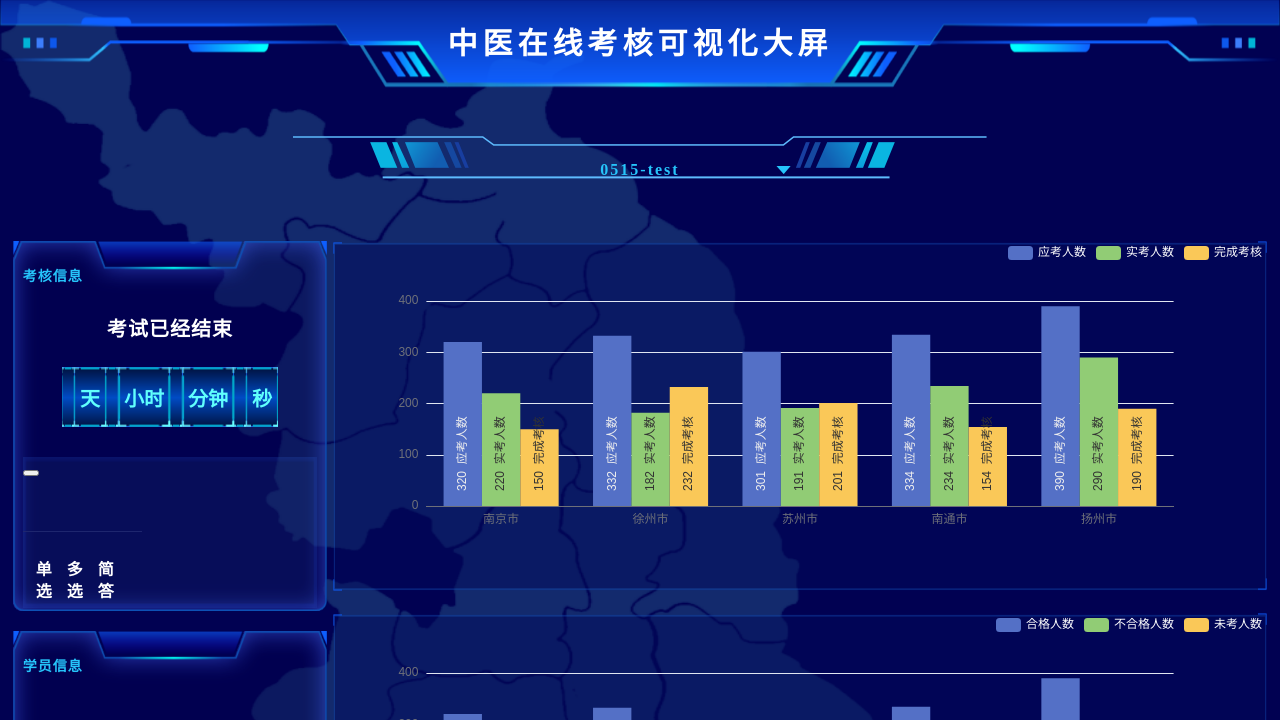
Repository: krislorem/medicine-online-datascreen-vue
Page: /
These files come from the project's save history. The page is drawn as it stood at one moment and after the next save; the edit follows.
The browser window is 1280 px wide. The pictures show the whole page.
The project was rebuilt for these pictures with package versions that can differ from the ones it lists, and the page was loaded fresh each time. Also part of the build but not shown: vite.config.ts.

Above is the page before, as saved 2024-12-04 20:45:01.

### src/main.ts
import './assets/main.css'

import { createApp } from 'vue'
import { createPinia } from 'pinia'
import ElementPlus from 'element-plus'
import 'element-plus/dist/index.css'
import App from './App.vue'
import router from './router'

const app = createApp(App)

app.use(createPinia())
app.use(router)
app.use(ElementPlus)
app.mount('#app')

### src/assets/main.css
body, html {
  width: 100%;
  height: 100%;
  overflow: hidden;
  margin: 0;
  padding: 0;
  width: 100vw;
  height: 100vh
}

#app {
  width: 100%;
  height: 100%
}

### src/App.vue
<template>
  <div>
    <RouterView></RouterView>
  </div>
</template>

<script setup lang="ts">

</script>

<style scoped>
</style>

### src/views/HomeView.vue
<template>
  <div class="home">
    <nav>
      <h1>中医在线考核可视化大屏</h1>
    </nav>
    <div id="mid-bar">
      <select id="info">
        <option>0515-test</option>
      </select>
    </div>
    <div id="all-info">
      <div id="left">
        <div class="item item-1">
          <p class="top-name"><span>考核信息</span></p>
          <p class="time-title"><span>考试已经结束</span></p>
          <div class="time-container">
            <div class="time-box" style=";"><span class="time-num">{{ }}</span></div>
            <div class="time-box" style=";"><span class="time-num">天</span></div>
            <div class="time-box" style=";"><span class="time-num">{{ }}</span></div>
            <div class="time-box" style=";"><span class="time-num">小时</span></div>
            <div class="time-box" style=";"><span class="time-num">{{ }}</span></div>
            <div class="time-box" style=";"><span class="time-num">分钟</span></div>
            <div class="time-box" style=";"><span class="time-num">{{ }}</span></div>
            <div class="time-box" style=";"><span class="time-num">秒</span></div>
          </div>
          <div class="result">
            <div class="ivu-carousel" style="height: 100%;">
              <button type="button" class="left ivu-carousel-arrow ivu-carousel-arrow-hover">
                <i class="ivu-icon ivu-icon-ios-arrow-back"></i>
              </button>
              <div class="ivu-carousel-list">
                <div class="ivu-carousel-track higher"
                  style="width: 119px; transform: translate3d(0px, 0px, 0px); transition: transform 500ms; visibility: visible;">
                  <div class="ivu-carousel-item" style="width: 119px; height: auto; left: 0px;">
                    <div class="res-topbar">
                      <span>{{ }}</span>
                      <span>{{ }}</span>
                    </div>
                    <div class="res-box">
                      <div class="res-item">
                        <span>单选</span>
                        <p>{{ }}</p>
                      </div>
                      <div class="res-item">
                        <span>多选</span>
                        <p>{{ }}</p>
                      </div>
                      <div class="res-item">
                        <span>简答</span>
                        <p>{{ }}</p>
                      </div>
                    </div>
                  </div>
                </div>
              </div>
            </div>

          </div>
        </div>
        <div class="item item-2">
          <p class="top-name i2-top"><span>学员信息</span></p>
          <div class="i2">
            <div class="box">
              <p class="num bg-lg-blue">{{ }}</p>
              <p class="title bg-lg-blue">应考人数</p>
            </div>
            <div class="box">
              <p class="num bg-lg-cyan">{{ }}</p>
              <p class="title bg-lg-cyan">签到人数</p>
            </div>
            <div class="box">
              <p class="num bg-lg-red">{{ }}</p>
              <p class="title bg-lg-red">实考人数</p>
            </div>
            <div class="box">
              <p class="num bg-lg-blue">{{ }}</p>
              <p class="title bg-lg-blue">分配试卷</p>
            </div>
            <div class="box">
              <p class="num bg-lg-cyan">{{ }}</p>
              <p class="title bg-lg-cyan">答题中</p>
            </div>
            <div class="box">
              <p class="num bg-lg-red">{{ }}</p>
              <p class="title bg-lg-red">完成考试</p>
            </div>
            <div class="box">
              <p class="num bg-lg-blue2">{{ }}</p>
              <p class="title bg-lg-blue2">未签到</p>
            </div>
            <div class="box">
              <p class="num bg-lg-cyan2">{{ }}</p>
              <p class="title bg-lg-cyan2">未考核</p>
            </div>
            <div class="box">
              <p class="num bg-lg-red2">{{ }}</p>
              <p class="title bg-lg-red2">合格人数</p>
            </div>
          </div>
        </div>
      </div>
      <div id="right">
        <div class="item mb-22">
          <div style="width: 100%;height: 335px;">
            <div id="msg1"
              style="width: 100%; height: 335px; -webkit-tap-highlight-color: transparent; user-select: none; position: relative;">
            </div>
          </div>
        </div>
        <div class="item">
          <div style="width: 100%; height: 335px;">
            <div id="msg2"
              style="width: 100%; height: 335px; -webkit-tap-highlight-color: transparent; user-select: none; position: relative;">
            </div>
          </div>
        </div>
      </div>
    </div>
  </div>
</template>

<style scoped>
body {
  font-family: Helvetica Neue, Helvetica, PingFang SC, Hiragino Sans GB, Microsoft YaHei, "\5FAE\8F6F\96C5\9ED1", Arial, sans-serif;
  font-size: 12px;
  line-height: 1.5;
  color: #515a6e;
  background-color: #fff;
  -webkit-font-smoothing: antialiased;
  -moz-osx-font-smoothing: grayscale;
}

.home {
  background: #010152 url(/ditu.png) 50% no-repeat;
  background-size: 100% 100%;
}

.home nav {
  background-image: url(/dingbu.png);
  background-size: 100% 100%;
  background-repeat: no-repeat;
  overflow: hidden;
  display: -webkit-box;
  display: -ms-flexbox;
  display: flex;
  -webkit-box-align: center;
  -ms-flex-align: center;
  align-items: center;
}

.home nav h1 {
  font-size: 30px;
  font-family: PingFangSC-Semibold, PingFang SC;
  font-weight: 600;
  color: #fff;
  line-height: 58px;
  letter-spacing: 5px;
  margin: 15px auto;
}

.home #mid-bar {
  width: 694px;
  height: 43px;
  background: url(/nav.png) no-repeat;
  margin: 48px auto 0;
  padding-top: 12px;
  display: -webkit-box;
  display: -ms-flexbox;
  display: flex;
  -webkit-box-pack: center;
  -ms-flex-pack: center;
  justify-content: center;
  -webkit-box-align: center;
  -ms-flex-align: center;
  align-items: center;
}

.home #mid-bar #info {
  appearance: none;
  -moz-appearance: none;
  -webkit-appearance: none;
  background: transparent url('/jiantou.png') no-repeat scroll 100%;
  width: 302px;
  height: 22px;
  font-size: 16px;
  text-align: center;
  font-family: PingFangSC-Semibold, PingFang SC;
  font-weight: 600;
  color: #26c5fb;
  line-height: 22px;
  letter-spacing: 2px;
  border: none;
}

#all-info {
  width: 100%;
  height: 796px;
  margin: 50px 0;
  display: -webkit-box;
  display: -ms-flexbox;
  display: flex;
  -ms-flex-pack: distribute;
  justify-content: space-around;
}

#all-info #left {
  width: 23%;
  height: 100%;
}


#all-info #left .item {
  height: 44%;
  width: 100%;
  padding: 10px;
  background-image: url(/kuang2.png);
  background-size: 100% 100%;
}

#all-info #left .item .top-name>span {
  width: 64px;
  height: 20px;
  font-size: 14px;
  font-family: PingFangSC-Semibold, PingFang SC;
  font-weight: 600;
  color: #26c5fb;
  line-height: 20px;
  letter-spacing: 1px;
}

#all-info #left .item-1 {
  margin-bottom: 20px;
}

#all-info #left .item-1 .time-title {
  text-align: center;
  font-size: 20px;
  font-family: PingFangSC-Semibold, PingFang SC;
  font-weight: 600;
  color: #fff;
  line-height: 20px;
  letter-spacing: 1px;
  margin: 32px auto 28px;
}

#all-info #left .item-1 .time-container {
  height: 60px
}

#all-info #left .item-1 .time-container,
#all-info #left .item-1 .time-container .time-box {
  display: -webkit-box;
  display: -ms-flexbox;
  display: flex;
  -webkit-box-pack: center;
  -ms-flex-pack: center;
  justify-content: center;
}

#all-info #left .item-1 .time-container .time-box {
  background-image: url('/kuang3.png');
  background-repeat: no-repeat;
  background-size: 100% 100%;
  -webkit-box-align: center;
  -ms-flex-align: center;
  align-items: center;
  background-color: #d7606b;
}

#all-info #left .item-1 .time-container .time-box .time-num {
  font-size: 20px;
  padding: 6px;
  font-family: PingFangSC-Semibold, PingFang SC;
  font-weight: 600;
  color: #60fffd
}

#all-info #left .item-1 .time-container .time-box .dupunkto {
  font-size: 28px;
  font-family: PingFangSC-Semibold, PingFang SC;
  font-weight: 600;
  color: #60fffd
}

#all-info #left .item-1 .result {
  width: 100%;
  height: 43%;
  background-image: url('/kuang4.png');
  background-size: 100% 100%;
  margin: 30px auto 0;
  font-size: 16px;
  font-family: PingFangSC-Semibold, PingFang SC;
  font-weight: 600;
  color: #fff;
  line-height: 22px;
}

#all-info #left .item-1 .result .res-sub-title {
  width: 100%;
  height: 100%;
  display: -webkit-box;
  display: -ms-flexbox;
  display: flex;
  -webkit-box-align: center;
  -ms-flex-align: center;
  align-items: center;
  -webkit-box-pack: center;
  -ms-flex-pack: center;
  justify-content: center;
  font-size: 20px;
  font-family: PingFangSC-Semibold, PingFang SC;
  font-weight: 600
}

#all-info #left .item-1 .result .res-topbar {
  height: 47px;
  border-bottom: 1px solid #1e266e;
  -webkit-box-align: end;
  -ms-flex-align: end;
  align-items: flex-end;
  padding: 0 19px 5px 14px
}

#all-info #left .item-1 .result .res-box,
#all-info #left .item-1 .result .res-topbar {
  display: -webkit-box;
  display: -ms-flexbox;
  display: flex;
  -webkit-box-pack: justify;
  -ms-flex-pack: justify;
  justify-content: space-between
}

#all-info #left .item-1 .result .res-box {
  height: 57px;
  margin: 27px 13px 0
}

#all-info #left .item-1 .result .res-box .res-item {
  display: -webkit-box;
  display: -ms-flexbox;
  display: flex;
  -webkit-box-orient: vertical;
  -webkit-box-direction: normal;
  -ms-flex-direction: column;
  flex-direction: column;
  -ms-flex-pack: distribute;
  justify-content: space-around;
  -webkit-box-align: center;
  -ms-flex-align: center;
  align-items: center
}

#all-info #left .item-1 .result .res-box p {
  margin-top: 13px
}

#all-info #left .item-2 {
  display: -webkit-box;
  display: -ms-flexbox;
  display: flex;
  -webkit-box-orient: vertical;
  -webkit-box-direction: normal;
  -ms-flex-direction: column;
  flex-direction: column
}


#all-info #left .item-2 .i2-top {
  padding-bottom: 30px;
}

#all-info #left .item-2 .i2 {
  width: 100%;
  margin: 20px auto;
  display: -webkit-box;
  display: -ms-flexbox;
  display: flex;
  -ms-flex-wrap: wrap;
  flex-wrap: wrap;
  -ms-flex-pack: distribute;
  justify-content: space-around;
}

#all-info #left .item-2 .i2 .box {
  width: 30%;
  height: 67px;
  margin-bottom: 20px;
  padding: 20px auto;
  background-image: url('/kuang5.png');
  background-size: 100%;
  background-repeat: no-repeat;
}

#all-info #left .item-2 .i2 .box>.num {
  width: 77px;
  height: 45px;
  font-size: 27px;
  line-height: 45px
}

#all-info #left .item-2 .i2 .box>.num,
#all-info #left .item-2 .i2 .box>.title {
  font-family: PingFangSC-Semibold, PingFang SC;
  font-weight: 600;
  color: #fff;
  text-align: center;
  background-clip: text;
  -webkit-background-clip: text;
  -webkit-text-fill-color: transparent;
  margin: 0 auto;
}

#all-info #left .item-2 .i2 .box>.title {
  width: 64px;
  height: 22px;
  font-size: 15px;
  line-height: 22px
}

#all-info #right {
  width: 73%;
  height: 100%;
}

#all-info #right .item {
  width: 100%;
  height: 350px;
  background-image: url(/kuang1.png);
  background-size: 100% 100%
}

#all-info #right .mb-22 {
  margin-bottom: 22px
}

.bg-lg-blue {
  background: -webkit-gradient(linear, left top, left bottom, from(#8ac4ff), to(#5999f4));
  background: linear-gradient(180deg, #8ac4ff, #5999f4)
}

.bg-lg-cyan {
  background: -webkit-gradient(linear, left top, left bottom, from(#92eef2), to(#62e4eb));
  background: linear-gradient(180deg, #92eef2, #62e4eb)
}

.bg-lg-red {
  background: -webkit-gradient(linear, left top, left bottom, from(#ee3f47), to(#9a1b35));
  background: linear-gradient(180deg, #ee3f47, #9a1b35)
}

.bg-lg-blue2 {
  background: -webkit-gradient(linear, left top, left bottom, from(#4d7ed5), to(#0a47b3));
  background: linear-gradient(180deg, #4d7ed5, #0a47b3)
}

.bg-lg-cyan2 {
  background: -webkit-gradient(linear, left top, left bottom, from(#3bd3d6), to(#158c98));
  background: linear-gradient(180deg, #3bd3d6, #158c98)
}

.bg-lg-red2 {
  background: -webkit-gradient(linear, left top, left bottom, from(#d7606b), to(#a72f4d));
  background: linear-gradient(180deg, #d7606b, #a72f4d)
}
</style>
<script setup lang="ts">
import * as echarts from 'echarts';
import { onMounted } from 'vue'
const labelOption = {
  show: true,
  position: 'insideBottom',
  distance: 15,
  align: 'left',
  verticalAlign: 'middle',
  rotate: 90,
  formatter: '{c}  {name|{a}}',
  fontSize: 12,
  rich: {
    name: {}
  }
};
const option1 = {
  tooltip: {
    trigger: 'axis',
    axisPointer: {
      type: 'shadow'
    }
  },
  legend: {
    left: 'right',
    textStyle: {
      color: '#fff',
    },
    data: ['应考人数', '实考人数', '完成考核']
  },
  xAxis: [
    {
      type: 'category',
      axisTick: { show: false },
      data: ['南京市', '徐州市', '苏州市', '南通市', '扬州市']
    }
  ],
  yAxis: [
    {
      type: 'value'
    }
  ],
  series: [
    {
      name: '应考人数',
      type: 'bar',
      barGap: 0,
      label: labelOption,
      emphasis: {
        focus: 'series'
      },
      data: [320, 332, 301, 334, 390]
    },
    {
      name: '实考人数',
      type: 'bar',
      label: labelOption,
      emphasis: {
        focus: 'series'
      },
      data: [220, 182, 191, 234, 290]
    },
    {
      name: '完成考核',
      type: 'bar',
      label: labelOption,
      emphasis: {
        focus: 'series'
      },
      data: [150, 232, 201, 154, 190]
    }
  ]
};
const option2 = {
  tooltip: {
    trigger: 'axis',
    axisPointer: {
      type: 'shadow'
    }
  },
  legend: {
    left: 'right',
    textStyle: {
      color: '#fff',
    },
    data: ['合格人数', '不合格人数', '未考人数']
  },
  xAxis: [
    {
      type: 'category',
      axisTick: { show: false },
      data: ['南京市', '徐州市', '苏州市', '南通市', '扬州市']
    }
  ],
  yAxis: [
    {
      type: 'value'
    }
  ],
  series: [
    {
      name: '合格人数',
      type: 'bar',
      barGap: 0,
      label: labelOption,
      emphasis: {
        focus: 'series'
      },
      data: [320, 332, 301, 334, 390]
    },
    {
      name: '不合格人数',
      type: 'bar',
      label: labelOption,
      emphasis: {
        focus: 'series'
      },
      data: [220, 182, 191, 234, 290]
    },
    {
      name: '未考人数',
      type: 'bar',
      label: labelOption,
      emphasis: {
        focus: 'series'
      },
      data: [150, 232, 201, 154, 190]
    }
  ]
};
onMounted(() => {
  let chartDom1 = document.getElementById('msg1');
  let chartDom2 = document.getElementById('msg2');
  let myChart1 = echarts.init(chartDom1);
  let myChart2 = echarts.init(chartDom2);
  option1 && myChart1.setOption(option1);
  option2 && myChart2.setOption(option2);
})


</script>

Loaded but not shown: index.html (common file); src/router/index.ts (common file)

After the next save:
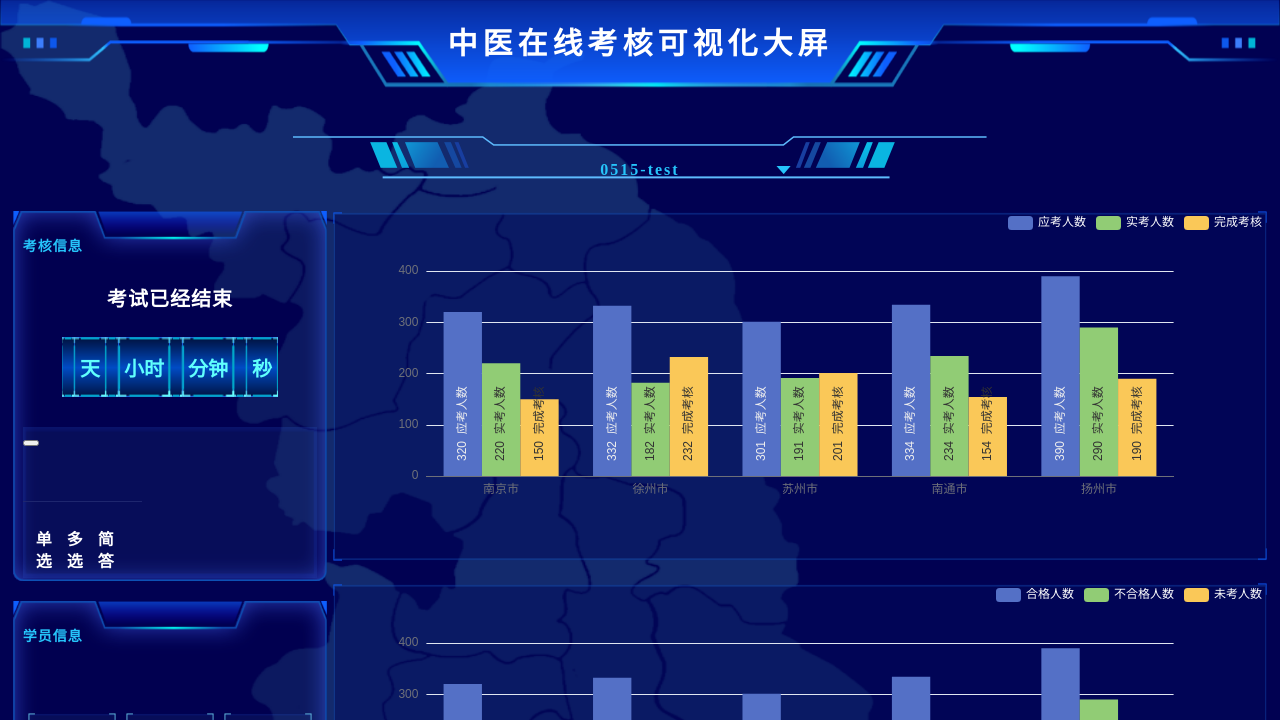
Saved 18 s later.
--- a/src/views/HomeView.vue
+++ b/src/views/HomeView.vue
@@ -195,7 +195,7 @@ body {
 #all-info {
   width: 100%;
   height: 796px;
-  margin: 50px 0;
+  margin: 20px auto 10px;
   display: -webkit-box;
   display: -ms-flexbox;
   display: flex;
